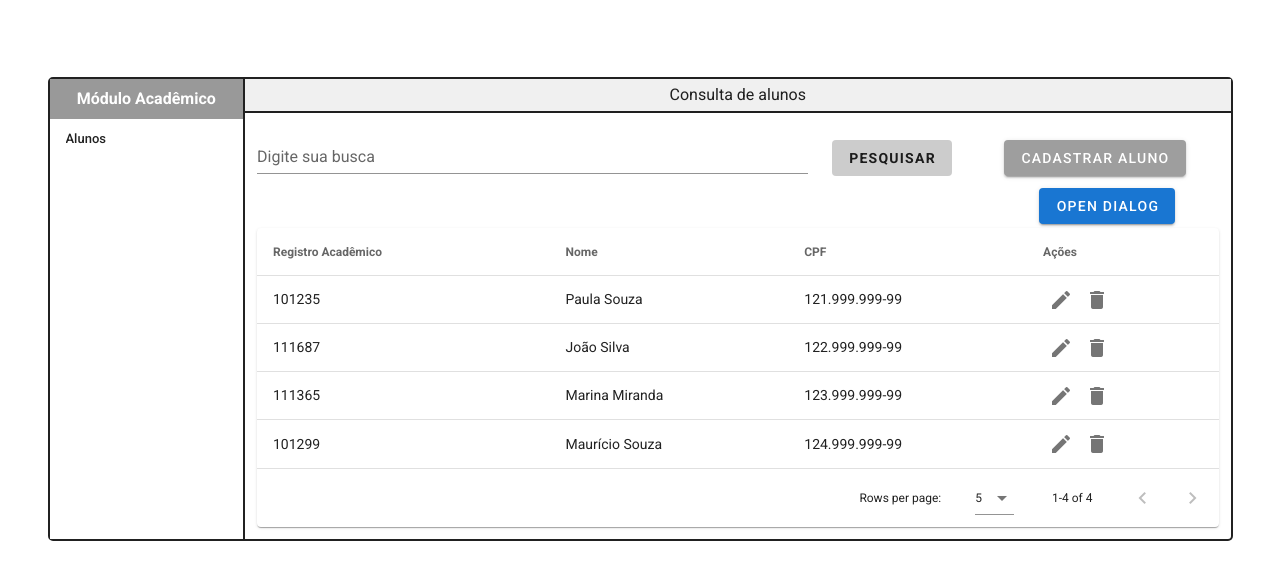
Repository: sergiohidekiono/vue-student
Page: /
An editor plug-in stored every save of this project. The page is shown before and after the next save, followed by the edit.
The browser window is 1280 px wide. The pictures show the whole page.
The project was rebuilt for these pictures with package versions that can differ from the ones it lists, and the page was loaded fresh each time. Requests to the local data server were answered from the project's data file. Also part of the build but not shown: vue.config.js.

Above is the page before, as saved 2024-08-07 12:32:11.

After the next save:
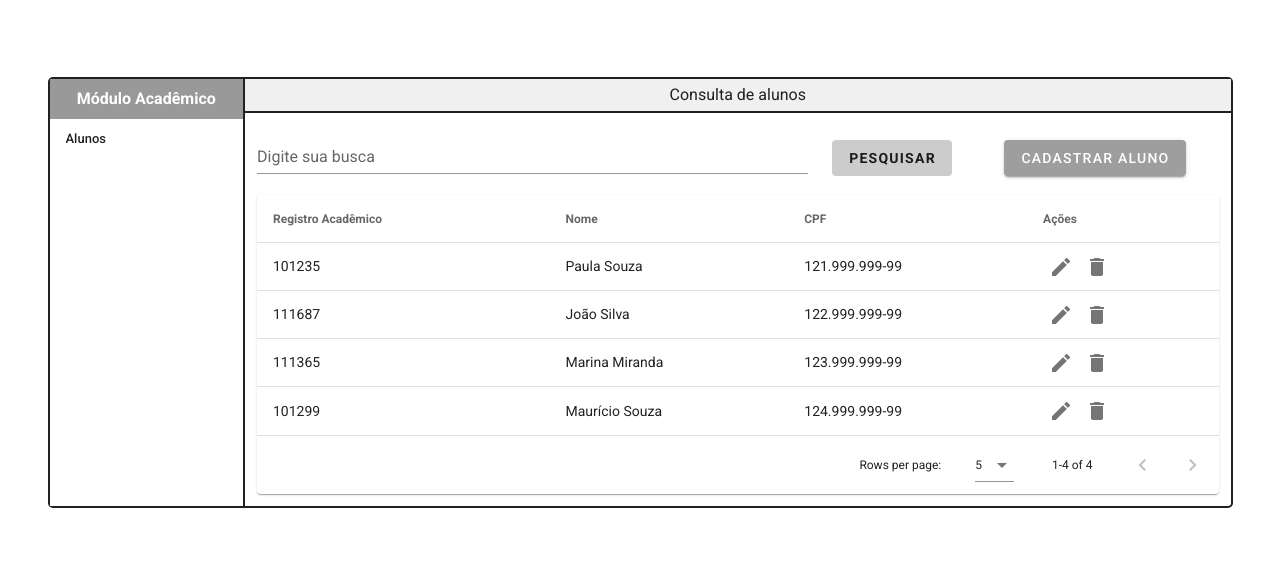
Saved 59 s later.
--- a/src/components/student-list.vue
+++ b/src/components/student-list.vue
@@ -34,7 +34,7 @@
                     <v-col cols="3">
                         <v-btn color="grey" class="ma-2 white--text" @click="openDialog()"> Cadastrar Aluno
                         </v-btn>
-                        <v-card-text>
+                        <v-card-text v-if="showDialog">
                             <register-edit-student />
                         </v-card-text>
                     </v-col>
